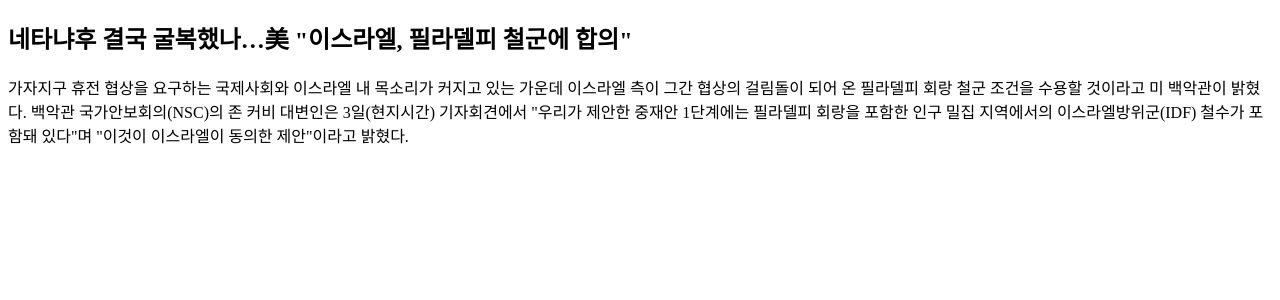
Repository: BaekDoHyeon/Kosta_04_FrontStudy
Page: http://localhost/web18_JQueryUI/tabpages/content4.jsp
These files come from the project's save history. The page is drawn as it stood at one moment and after the next save; the edit follows.
The browser window is 1280 px wide. The pictures show the whole page.
The page is served by Tomcat 9.

Above is the page before, as saved 2024-09-04 03:09:36.

After the next save:
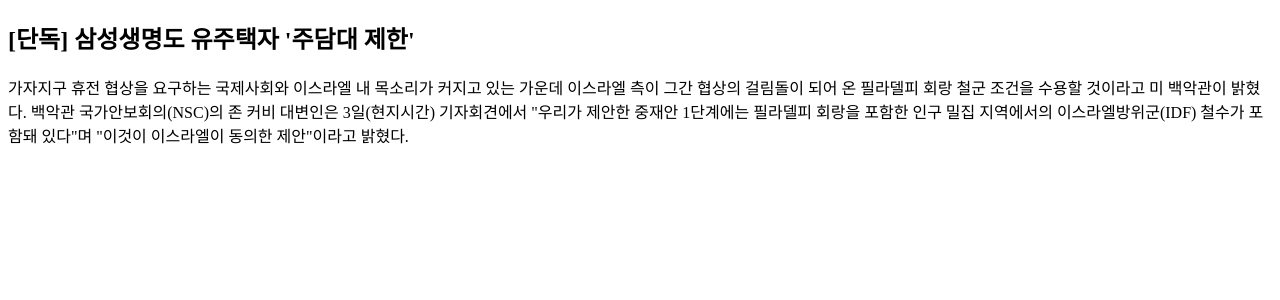
Saved 17 s later.
--- a/work05_BackEnd/web18_JQueryUI/src/main/webapp/tabpages/content4.jsp
+++ b/work05_BackEnd/web18_JQueryUI/src/main/webapp/tabpages/content4.jsp
@@ -9,7 +9,7 @@
 <title>Insert title here</title>
 </head>
 <body>
-<h2>네타냐후 결국 굴복했나…美 "이스라엘, 필라델피 철군에 합의"</h2>
+<h2>[단독] 삼성생명도 유주택자 '주담대 제한'</h2>
 <p>가자지구 휴전 협상을 요구하는 국제사회와 이스라엘 내 목소리가 커지고 있는 가운데 이스라엘 측이 그간 협상의 걸림돌이 되어 온 필라델피 회랑 철군 조건을 수용할 것이라고 미 백악관이 밝혔다.
 
 백악관 국가안보회의(NSC)의 존 커비 대변인은 3일(현지시간) 기자회견에서 "우리가 제안한 중재안 1단계에는 필라델피 회랑을 포함한 인구 밀집 지역에서의 이스라엘방위군(IDF) 철수가 포함돼 있다"며 "이것이 이스라엘이 동의한 제안"이라고 밝혔다.</p>
